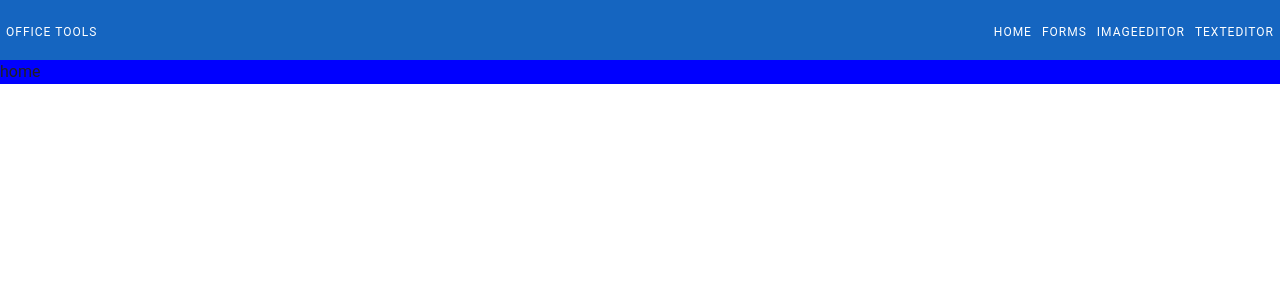
Repository: Vijay-Singh1/office-tools
Page: /form-builder
The author's editor kept a copy of each file at every save. The page is drawn from the files as they stood at one save, then again after the next save.
The browser window is 1280 px wide. The pictures show the whole page.
The project was rebuilt for these pictures with package versions that can differ from the ones it lists, and the page was loaded fresh each time. Also part of the build but not shown: vite.config.ts, src/FormBuilderApp/src/pages/CreateForm.tsx, src/FormBuilderApp/src/pages/OpenForms.tsx, src/App.css, src/components/common/sidebar/Sidebar.tsx, src/ImageEditor/src/pages/ImageEditorHome.tsx, src/ImageEditor/src/pages/CreateImage.tsx, src/DocsEditor/src/pages/DocsEditorHome.tsx and 1 more.

Above is the page before, as saved 2024-09-07 22:22:20.

### index.html
<!doctype html>
<html lang="en">
  <head>
    <meta charset="UTF-8" />
    <link rel="icon" type="image/svg+xml" href="/vite.svg" />
    <meta name="viewport" content="width=device-width, initial-scale=1.0" />
    <title>Office Tools</title>
  </head>
  <body>
    <div id="root"></div>
    <script type="module" src="/src/main.tsx"></script>
  </body>
</html>

### src/main.tsx
import { StrictMode } from 'react'
import { createRoot } from 'react-dom/client'
import App from './App.tsx'
import './index.css'// Import Tailwind CSS
import { ThemeProvider } from '@mui/material/styles';
import CssBaseline from '@mui/material/CssBaseline';
import theme from "./appTheme/appTheme.ts"
import AppRoutes from './routes.js';
createRoot(document.getElementById('root')!).render(
  <StrictMode>
    <ThemeProvider theme={theme}>
    <CssBaseline />
    <AppRoutes />
    </ThemeProvider>
  </StrictMode>,
)

### src/appTheme/appTheme.ts
// src/theme/theme.js

import { createTheme } from '@mui/material/styles';
import { blue,  red, orange, green, grey } from '@mui/material/colors';

const theme = createTheme({
  palette: {
    primary: {
      light: blue[300], // Light shade for hover effects, etc.
      main: blue[600],  // Main primary color
      dark: blue[800],  // Dark shade for contrast
      contrastText: '#ffffff',
    },
    secondary: {
      light: blue[200], // Light blue as a secondary color
      main: blue[400],  // A mid-range blue for secondary actions
      dark: blue[700],  // Darker shade for emphasis
      contrastText: '#ffffff',
    },
    error: {
      main: red[500],
    },
    warning: {
      main: orange[500],
    },
    info: {
      main: blue[300],
    },
    success: {
      main: green[500],
    },
    background: {
      default: '#ffffff',
      paper: blue[50], // Very light blue background for paper components
    },
    text: {
      primary: grey[900],
      secondary: blue[800], // Dark blue text for secondary elements
    },
    action: {
      hover: blue[100], // Light blue on hover
      selected: blue[50], // Even lighter blue when an item is selected
      disabledBackground: blue[50], // Light blue background for disabled items
      disabled: grey[400], // Disabled text color
    },
    divider: blue[100], // Light blue for dividers and borders
  },
  typography: {
    fontFamily: 'Roboto, Arial, sans-serif',
    h1: {
      fontWeight: 700,
      color: blue[800], // Dark blue for headings
    },
    h2: {
      fontWeight: 700,
      color: blue[700], // Slightly lighter for sub-headings
    },
    subtitle1: {
      fontSize: 12,
      letterSpacing : "1px"
    },
  },
  spacing :[0,2,4,6,8,10],
  components: {
    MuiButton: {
      styleOverrides: {
        root: {
          borderRadius: 8,
          '&:hover': {
            backgroundColor: blue[700], // Darker blue on hover
          },
        },
      },
    },
    MuiAppBar: {
      styleOverrides: {
        colorPrimary: {
          backgroundColor: blue[800], // Darker shade for AppBar
        },
      },
    },
    MuiPaper: {
      styleOverrides: {
        root: {
          backgroundColor: blue[50], // Very light blue for paper components
        },
      },
    },
    // Add more component customizations as needed
  },
});

export default theme;

### src/routes.tsx
import React from 'react';
import { createBrowserRouter, RouterProvider } from 'react-router-dom';
import { formBuilderRoutes } from './FormBuilderApp/src/formBuilderRoutes';
import App from './App';
import { imageEditorRoutes } from './ImageEditor/src/ImageEditorRoutes';
import { docsEditorRoutes } from './DocsEditor/src/docsEditorRoutes';

// Combine routes from different modules
const router = createBrowserRouter([
  {
    path: '/',
    element: <App />,
    children: [
      ...formBuilderRoutes,
      ...imageEditorRoutes,
      ...docsEditorRoutes
      // Add other module routes here
    ],
  },
]);

const AppRoutes: React.FC = () => {
  return <RouterProvider router={router} />;
};

export default AppRoutes;

### src/FormBuilderApp/src/formBuilderRoutes.tsx
import React from 'react';
import { RouteObject } from 'react-router-dom';
import FormBuilderHome from './pages/FormBuilderHome';
import CreateForm from './pages/CreateForm';
import OpenForms from './pages/OpenForms';
import FormBuilderMain from './pages/FormBuilderMain';


export const formBuilderRoutes: RouteObject[] = [
  {
    path: 'form-builder',
    element: < FormBuilderMain/>,
    children: [
      {
        path: '/form-builder',
        element: <FormBuilderHome />,
      },
      {
        path: '/form-builder/Create-Form',
        element: <CreateForm />,
      },
      {
        path: '/form-builder/Open-Form',
        element: <OpenForms />,
      },
    ],
  },
];

### src/App.tsx
import { Outlet } from "react-router-dom";
import "./App.css";
import Sidebar from "./components/common/appBar/sidebar/Sidebar";
import { AppBar, Box, IconButton, Stack, Toolbar, Typography,   } from "@mui/material";
import MenuIcon from '@mui/icons-material/Menu';
import Appbar from "./components/common/appBar/Appbar";
const App: React.FC = () => {

  return (

      <Stack direction="column">
    <Appbar/>
      <Box>
        <Outlet />
      </Box>
      </Stack>

  );
};

export default App;

### src/ImageEditor/src/ImageEditorRoutes.tsx
import React from 'react';
import { RouteObject } from 'react-router-dom';
import ImageEditorMain from './pages/ImageEditorMain';
import ImageEditorHome from './pages/ImageEditorHome';
import CreateImage from './pages/CreateImage';


export const imageEditorRoutes: RouteObject[] = [
  {
    path: 'image-editor',
    element: < ImageEditorMain/>,
    children: [
      {
        path: '/image-editor',
        element: <ImageEditorHome />,
      },
      {
        path: '/image-editor/Create-Image',
        element: <CreateImage />,
      },

    ],
  },
];

### src/DocsEditor/src/docsEditorRoutes.tsx
import React from 'react';
import { RouteObject } from 'react-router-dom';
import DocsEditorMain from './pages/DocsEditorMain';
import DocsEditorHome from './pages/DocsEditorHome';
import CreateDocs from './pages/CreateDocs';


export const docsEditorRoutes: RouteObject[] = [
  {
    path: '/docs-editor',
    element: < DocsEditorMain/>,
    children: [
      {
        path: '/docs-editor',
        element: <DocsEditorHome />,
      },
      {
        path: '/docs-editor/Create-docs',
        element: <CreateDocs />,
      },

    ],
  },
];

### src/FormBuilderApp/src/pages/FormBuilderHome.tsx
import { Box } from '@mui/material'
import React from 'react'

const FormBuilderHome = () => {
  return (
    <Box flex ={4} bgcolor={"blue"} width = "100%" minHeight={"100vh-60px"}>
      home
    </Box>
  )
}

export default FormBuilderHome

### src/FormBuilderApp/src/pages/FormBuilderMain.tsx
import { Box, Stack } from '@mui/material'
import { Outlet } from 'react-router-dom'



const FormBuilderMain = () => {
  return (
      <Box width={"100%"} >
        <Stack direction="row" spacing={2}>
            <Outlet />
          </Stack>
          </Box>
  )
}

export default FormBuilderMain

### src/components/common/appBar/Appbar.tsx
import { AppBar, Box, styled, Toolbar, Typography } from '@mui/material'
import React from 'react'
import HomeRepairServiceIcon from '@mui/icons-material/HomeRepairService';
import { NavLink } from 'react-router-dom';

const StyledToolBar = styled(Toolbar)({
    display : "flex",
    justifyContent : "space-between"
})

const NavItems = styled(Box)(({theme}) =>({
    color : theme.palette.primary.contrastText,
    display: "flex",
    // border : "1px solid red",
    gap: theme.spacing(5)
}))

const StyledNavLink = styled(NavLink)(({theme})=>({
    width : "40%",
    color : theme.palette.primary.contrastText,
    textDecoration : "none",


}))

const Appbar = () => {
  return (
    <Box sx={{ flexGrow: 1 }} height={"60px"}>
    <AppBar position='static' >
        <StyledToolBar>
        <Typography variant='subtitle1' sx={{display : {sm : "block", xs : "none"}}}>OFFICE TOOLS</Typography>
            <HomeRepairServiceIcon sx={{display : {sm : "none", xs : "block"}}}/>
            <NavItems>
            <StyledNavLink to="/"><Typography variant='subtitle1'>HOME</Typography> </StyledNavLink>
            <StyledNavLink to="/form-builder"><Typography variant='subtitle1'>FORMS</Typography></StyledNavLink>
            <StyledNavLink to="/image-editor"><Typography variant='subtitle1'>IMAGEEDITOR</Typography></StyledNavLink>
            <StyledNavLink to="/docs-editor"><Typography variant='subtitle1'>TEXTEDITOR</Typography></StyledNavLink>
        </NavItems>
        </StyledToolBar>

    </AppBar>
    </Box>
  )
}

export default Appbar

### src/ImageEditor/src/pages/ImageEditorMain.tsx
import { Home } from '@mui/icons-material'
import { Box, Stack } from '@mui/material'
import React from 'react'
import { Outlet } from 'react-router-dom'
import Sidebar from '../../../components/common/sidebar/Sidebar'


const sideBarItem = [
    {
      text :"ImageEditor",
      icon :<Home/>
    },
    {
      text :"ImageEditor",
      icon :<Home/>
    },
    {
      text :"ImageEditor",
      icon :<Home/>
    },
    {
      text :"ImageEditor",
      icon :<Home/>
    },
  ]
const ImageEditorMain = () => {
  return (
    <Box width={"100%"}>
      <Stack direction="row" spacing={2}>
        <Sidebar items ={sideBarItem}/>
          <Outlet />
        </Stack>
        </Box>
  )
}

export default ImageEditorMain

### src/DocsEditor/src/pages/DocsEditorMain.tsx
import { Box, Stack } from '@mui/material'
import React from 'react'
import Sidebar from '../../../components/common/sidebar/Sidebar'
import { Outlet } from 'react-router-dom'
import { Home } from '@mui/icons-material'


const sideBarItem = [
    {
      text :"Docs",
      icon :<Home/>
    },
    {
      text :"Docs",
      icon :<Home/>
    },
    {
      text :"Docs",
      icon :<Home/>
    },
    {
      text :"Docs",
      icon :<Home/>
    },
  ]
const DocsEditorMain = () => {
  return (
    <Box width={"100%"}>
        <Stack direction="row" spacing={2}>
          <Sidebar items ={sideBarItem}/>
            <Outlet />
          </Stack>
          </Box>
  )
}

export default DocsEditorMain

Loaded but not shown: src/index.css (common file)

After the next save:
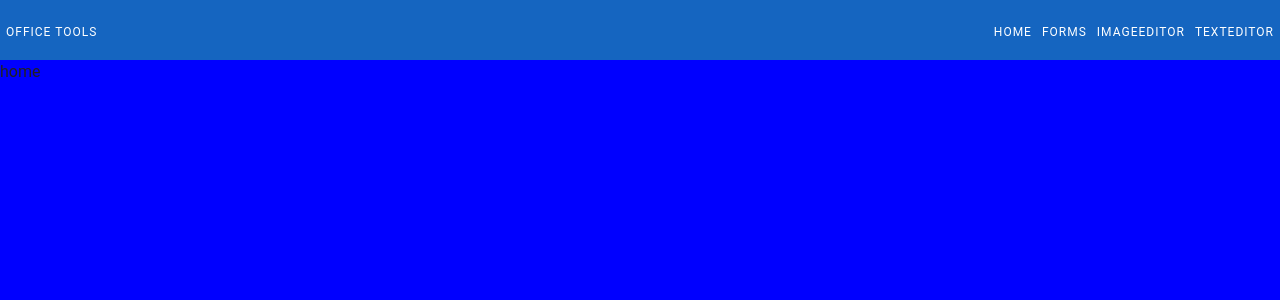
Saved 92 s later.
--- a/src/FormBuilderApp/src/pages/FormBuilderHome.tsx
+++ b/src/FormBuilderApp/src/pages/FormBuilderHome.tsx
@@ -3,7 +3,7 @@
 
 const FormBuilderHome = () => {
   return (
-    <Box flex ={4} bgcolor={"blue"} width = "100%" minHeight={"100vh-60px"}>
+    <Box flex ={4} bgcolor={"blue"} width = "100%" minHeight="calc(100vh - 60px)">
       home
     </Box>
   )

After the save that followed:
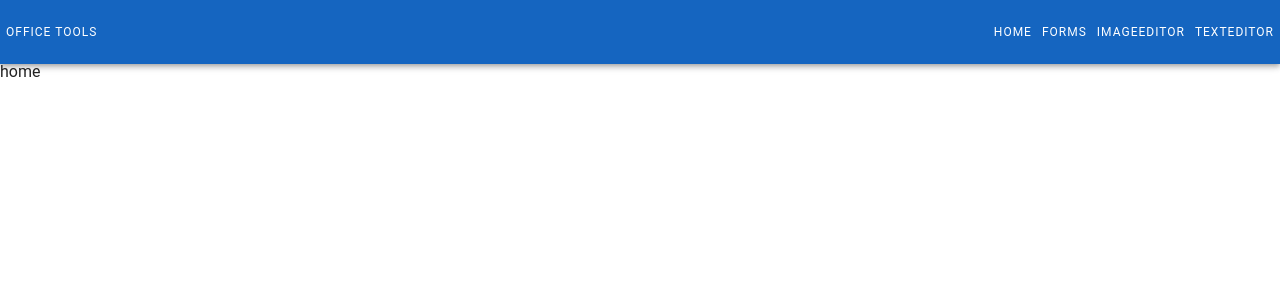
Saved 4 min 4 s later.
--- a/src/FormBuilderApp/src/pages/FormBuilderHome.tsx
+++ b/src/FormBuilderApp/src/pages/FormBuilderHome.tsx
@@ -3,7 +3,7 @@
 
 const FormBuilderHome = () => {
   return (
-    <Box flex ={4} bgcolor={"blue"} width = "100%" minHeight="calc(100vh - 60px)">
+    <Box flex ={4}  width = "100%" minHeight="calc(100vh - 60px)">
       home
     </Box>
   )
